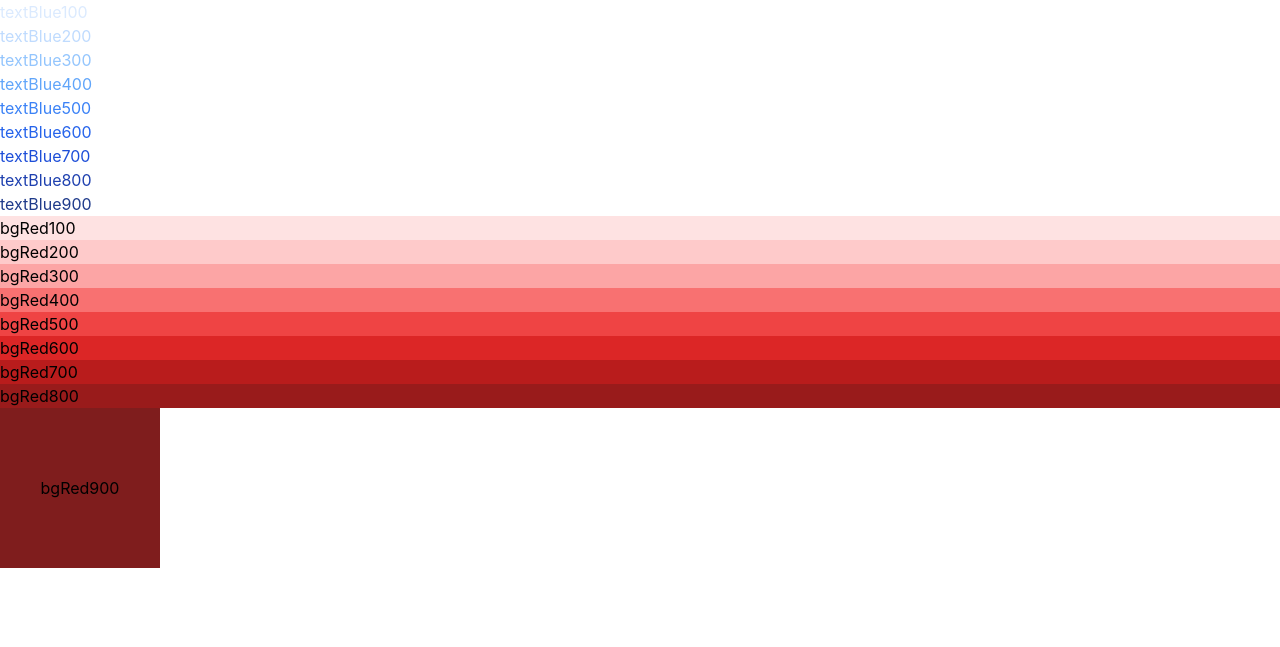
Repository: wogml3270/react-test-server
Page: /
These files come from the project's save history. The page is drawn as it stood at one moment and after the next save; the edit follows.
The browser window is 1280 px wide. The pictures show the whole page.
The project was rebuilt for these pictures with package versions that can differ from the ones it lists, and the page was loaded fresh each time. Also part of the build but not shown: src/App.css.

Above is the page before, as saved 2022-08-04 21:10:12.

After the next save:
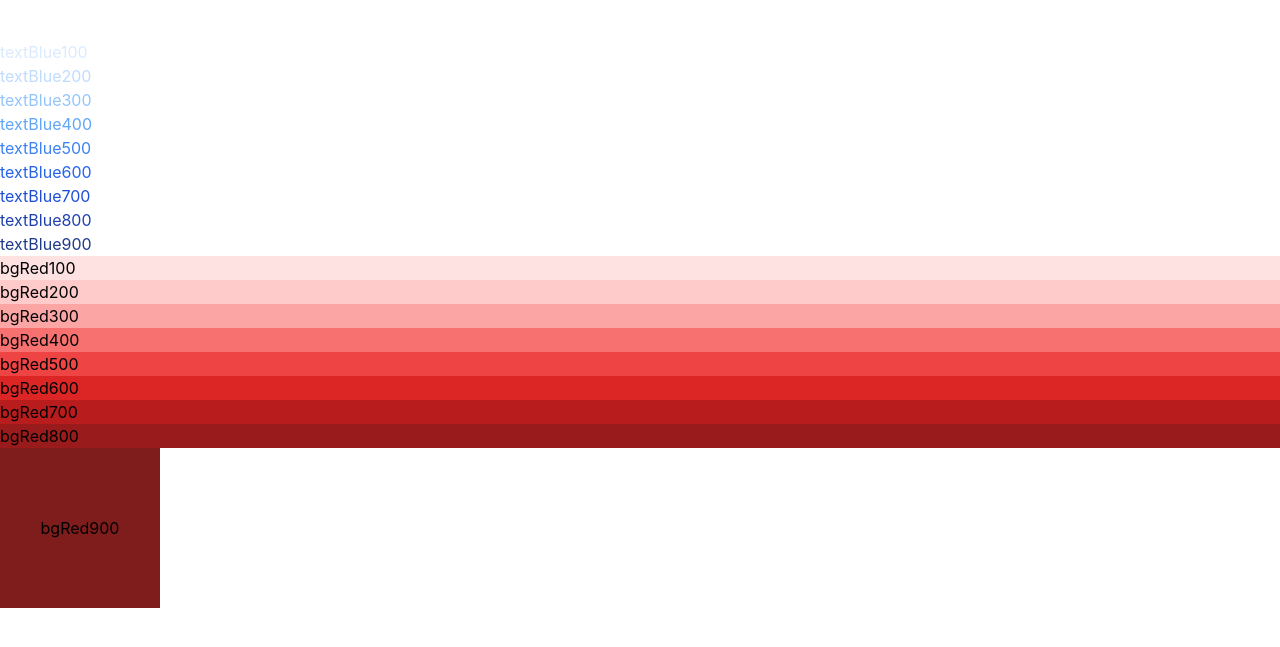
Saved 6 s later.
--- a/src/App.js
+++ b/src/App.js
@@ -4,7 +4,7 @@ import './App.css';
 function App() {
   return (
     <>
-      <div className="mt-30">
+      <div className="mt-10">
         <h1 className="text-blue-100">textBlue100</h1>
         <h1 className="text-blue-200">textBlue200</h1>
         <h1 className="text-blue-300">textBlue300</h1>
